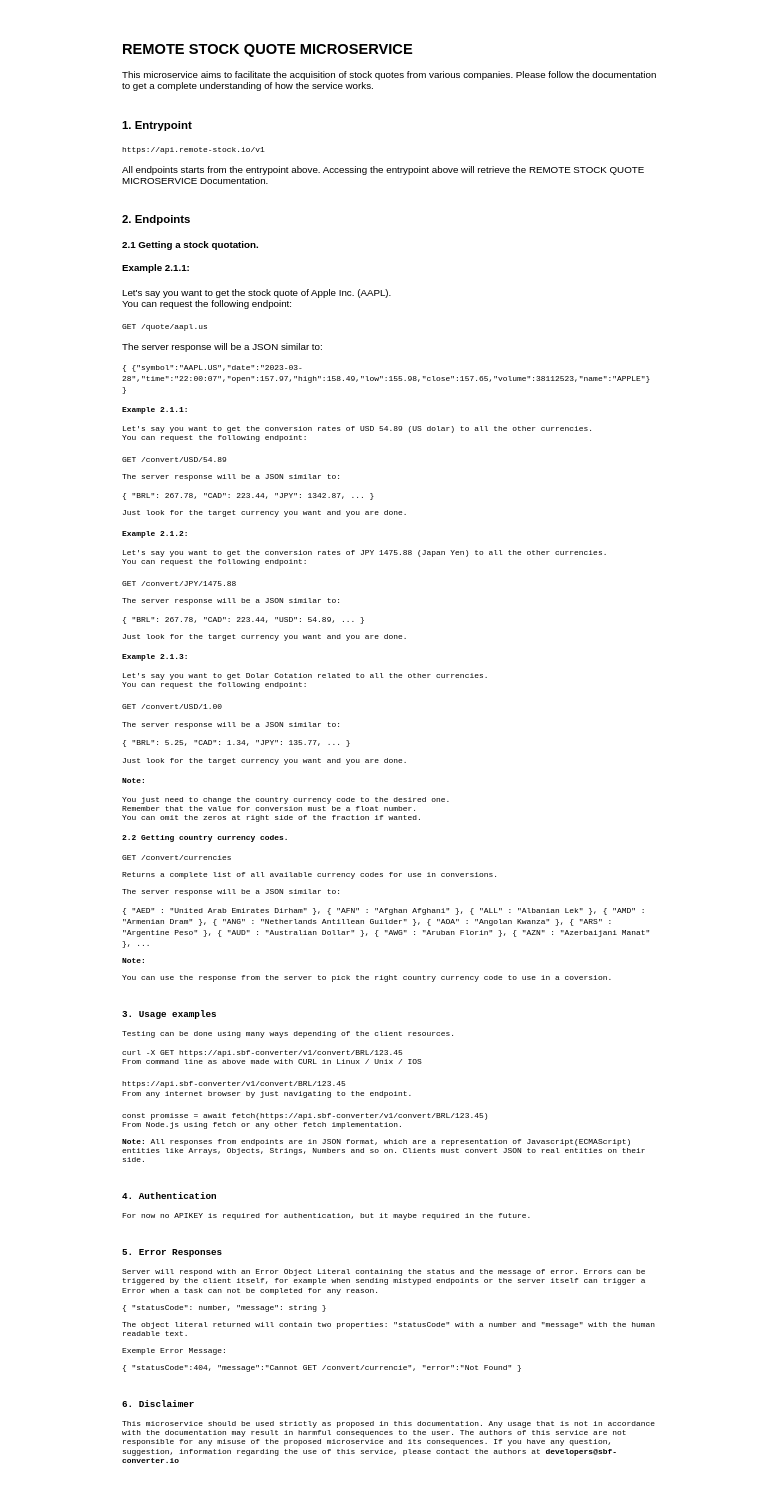
Repository: miguelamello/nest-js
Page: api-service/documentation.html
These files come from the project's save history. The page is drawn as it stood at one moment and after the next save; the edit follows.
The browser window is 1280 px wide. The pictures show the whole page, at 61% of full size.

Above is the page before, as saved 2023-03-28 18:07:25.

After the next save:
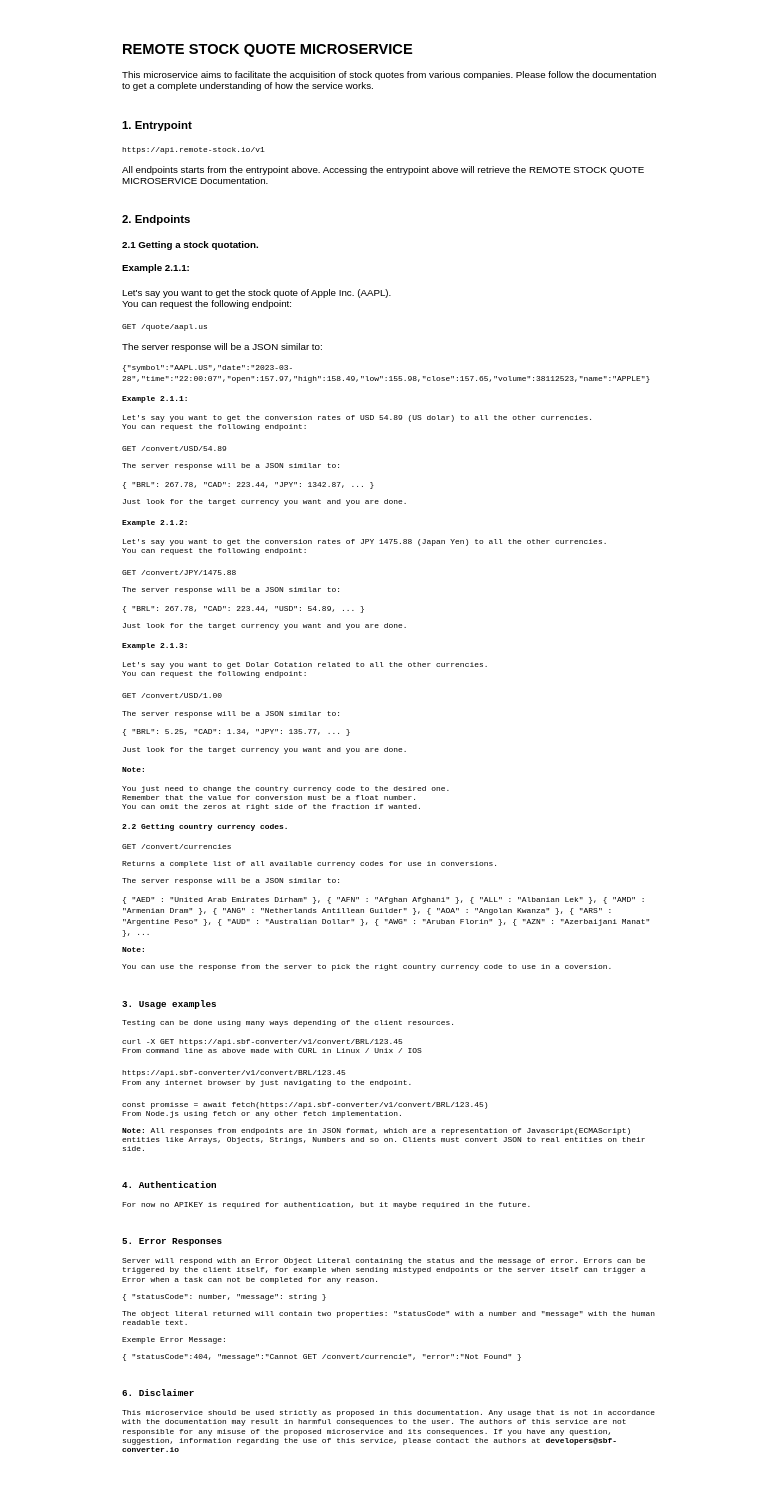
Saved 9 s later.
--- a/api-service/documentation.html
+++ b/api-service/documentation.html
@@ -42,9 +42,7 @@
       <p>The server response will be a JSON similar to:</p>
 
       <code>
-        {
-          {"symbol":"AAPL.US","date":"2023-03-28","time":"22:00:07","open":157.97,"high":158.49,"low":155.98,"close":157.65,"volume":38112523,"name":"APPLE"}
-        }
+        {"symbol":"AAPL.US","date":"2023-03-28","time":"22:00:07","open":157.97,"high":158.49,"low":155.98,"close":157.65,"volume":38112523,"name":"APPLE"}
     </p>
 
     <p>
